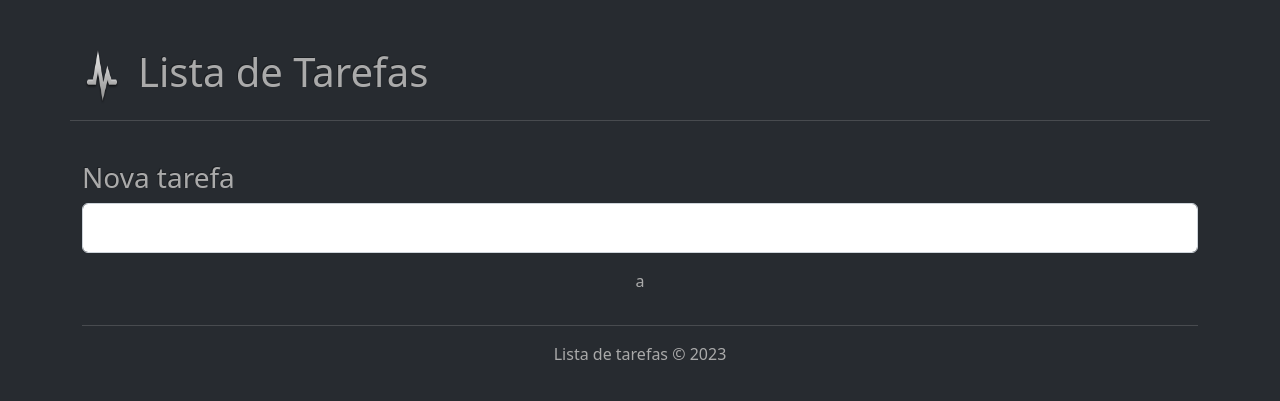
Repository: cargugati/lista_tarefas
Page: frontEnd/new_task.html
The author's editor kept a copy of each file at every save. The page is drawn from the files as they stood at one save, then again after the next save.
The browser window is 1280 px wide. The pictures show the whole page.

Above is the page before, as saved 2023-03-30 10:36:44.

### frontEnd/new_task.html
<!DOCTYPE html>
<html lang="pt-br">

<head>
  <meta charset="UTF-8">
  <meta http-equiv="X-UA-Compatible" content="IE=edge">
  <meta name="viewport" content="width=device-width, initial-scale=1.0">
  <title>Lista de Tarefas</title>
  <link rel="stylesheet" href="./assets/css/bootstrap.min.css">
  <link rel="stylesheet" href="./assets/fontawesome/css/all.min.css">
  <link rel="shortcut icon" href="./assets/images/favicon.png" type="image/png">
</head>

<body>
  <div class="container my-5">

    <!-- cabeçalho -->
    <div class="row mb-4">
      <div class="col">
        <div class="d-flex justify-content-start">
          <img src="./assets/images/favicon.png" alt="Logo" class="img-fluid me-3" width="40px">
          <h1>Lista de Tarefas</h1>
        </div>

      </div>

      <hr class="my-3">
    </div>

    <!-- espaço para criar nova tarefa -->
    <div class="row">
      <div class="col">
        <h3>Nova tarefa</h3>
        <div class="mb-3">
          <input type="text" name="" id="text_task_text" class="form-control">
        </div>
        <div class="text-center">
          a
        </div>
      </div>
    </div>

    <!-- dados para o banco de dados
    bd_tasks

    users
    - id -> uint auto PK
    - username -> varchar(50) NULL
    - passwrd -> varchar(100) NULL
    - created_at -> datetime NULL
    - updated_at -> datetime NULL

    tasks
    - id -> uint auto PK
    - id_user -> uint FK
    - task_text -> varchar(100) NULL
    - task_status -> varchar(30) NULL -> (new | in progress | canceled | done)
    - created_at
    - updated_at

-->






    <!-- footer -->
    <div class="row mt-3">
      <div class="col text-center">
        <hr>
        <p>Lista de tarefas &copy; 2023</p>
      </div>
    </div>


  </div>

  <script src="./assets/js/bootstrap.bundle.min.js"></script>
</body>

</html>

Loaded but not shown: frontEnd/assets/css/bootstrap.min.css (library); frontEnd/assets/fontawesome/css/all.min.css (library); frontEnd/assets/js/bootstrap.bundle.min.js (library)

After the next save:
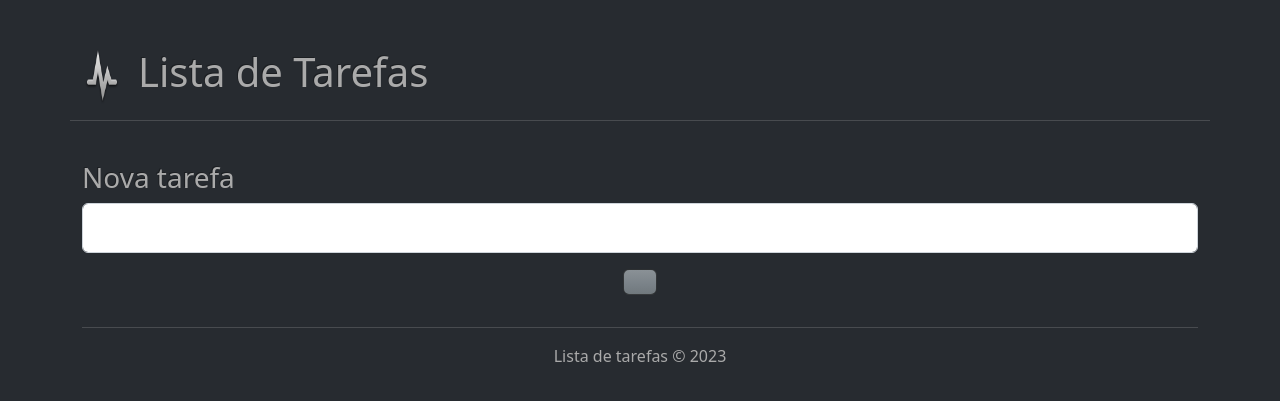
Saved 38 s later.
--- a/frontEnd/new_task.html
+++ b/frontEnd/new_task.html
@@ -35,7 +35,8 @@
           <input type="text" name="" id="text_task_text" class="form-control">
         </div>
         <div class="text-center">
-          a
+          <a href="#" class="btn btn-secondary"></a>
+
         </div>
       </div>
     </div>
